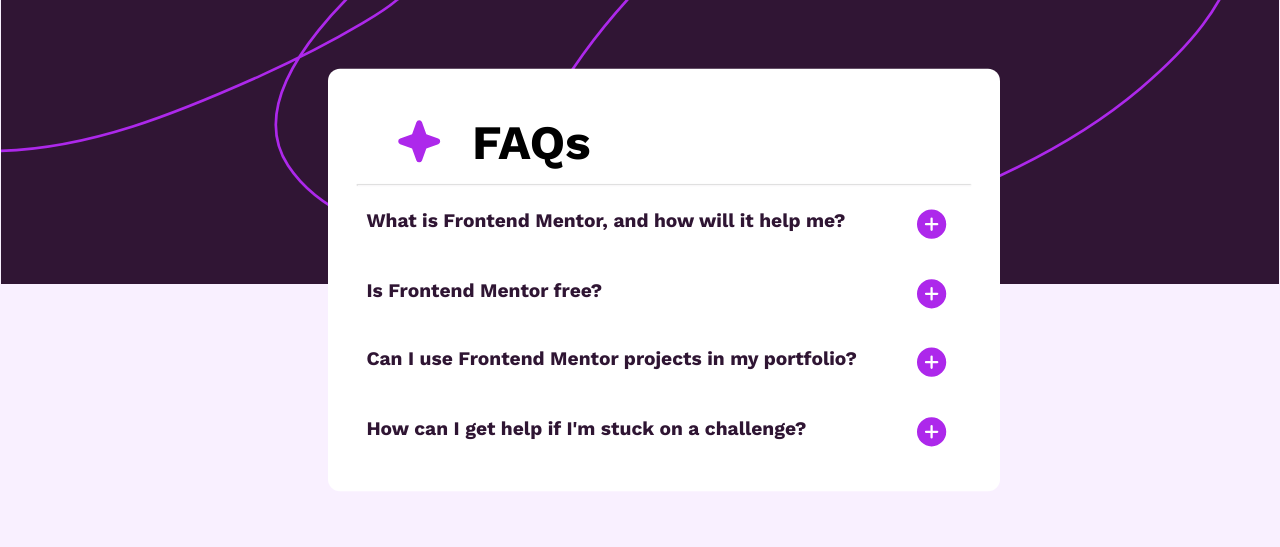
Repository: imokha01/accordion-main
Page: index.html
These files come from the project's save history. The page is drawn as it stood at one moment and after the next save; the edit follows.
The browser window is 1280 px wide. The pictures show the whole page.

Above is the page before, as saved 2023-12-28 00:02:02.

After the next save:
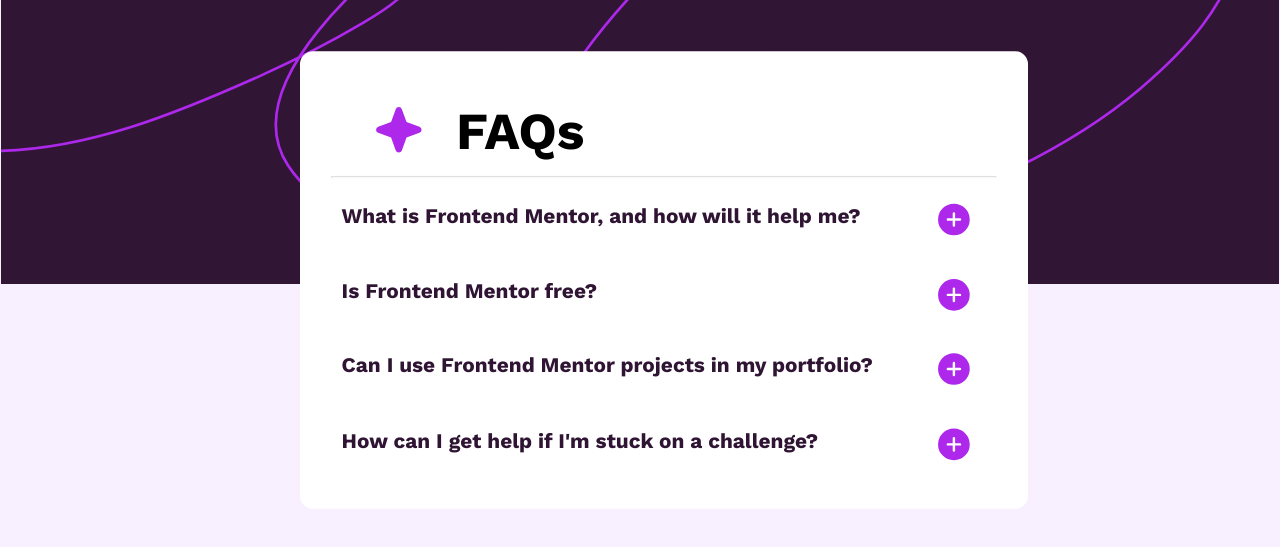
Saved 4 s later.
--- a/index.css
+++ b/index.css
@@ -54,7 +54,7 @@
     margin-top: 5rem;
     transition: height 0.5s ease-in 1ms;
     overflow: hidden;
-    transform: scale(1.2);
+    transform: scale(1.3);
 }
 
 #headerpara {
